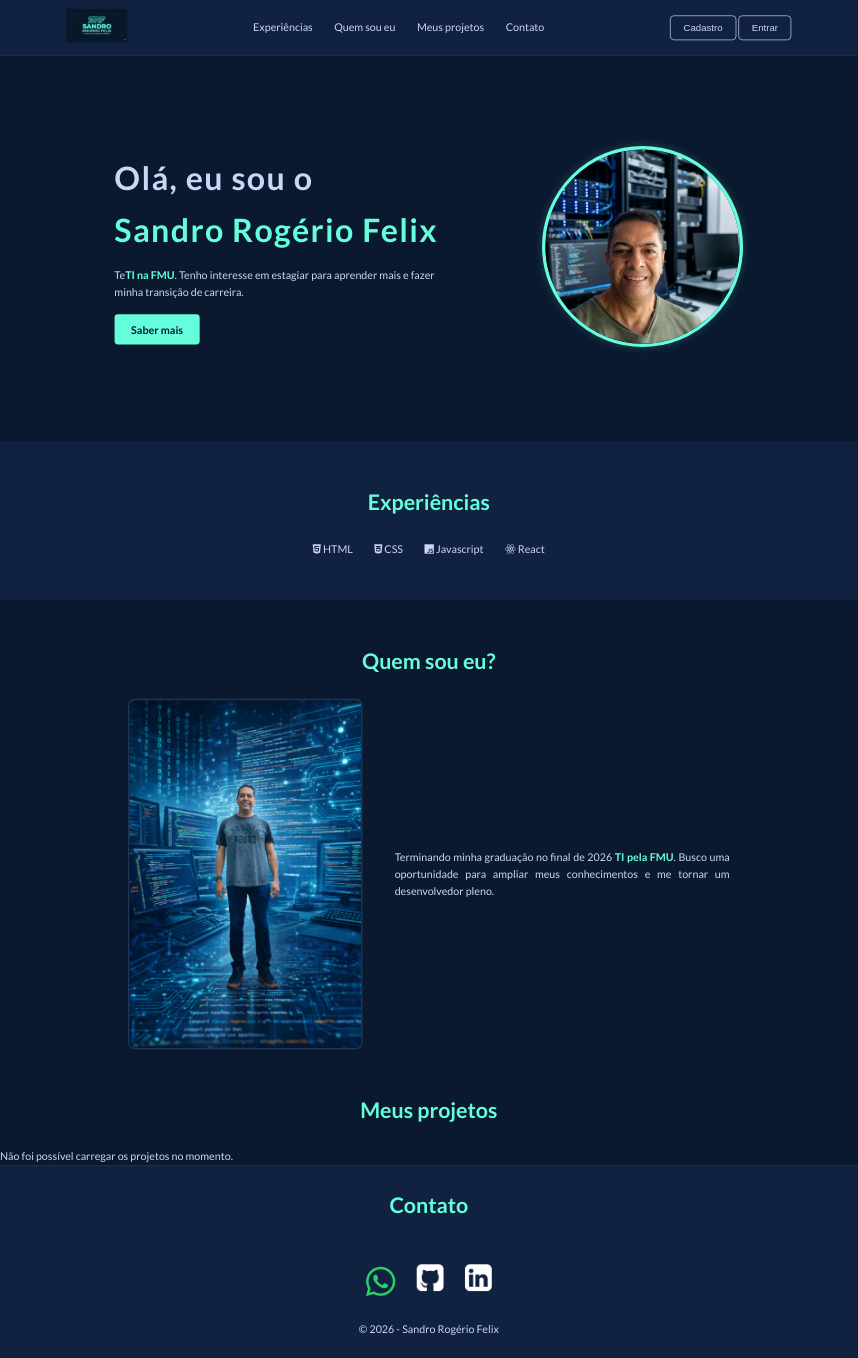
Repository: Sandro1969-tech/portifolio-Sandro
Page: index.html
An editor plug-in stored every save of this project. The page is shown before and after the next save, followed by the edit.
The browser window is 1280 px wide. The pictures show the whole page, at 67% of full size.
The page's requests for data from a server got no answer.

Above is the page before, as saved 2026-07-20 18:00:23.

After the next save:
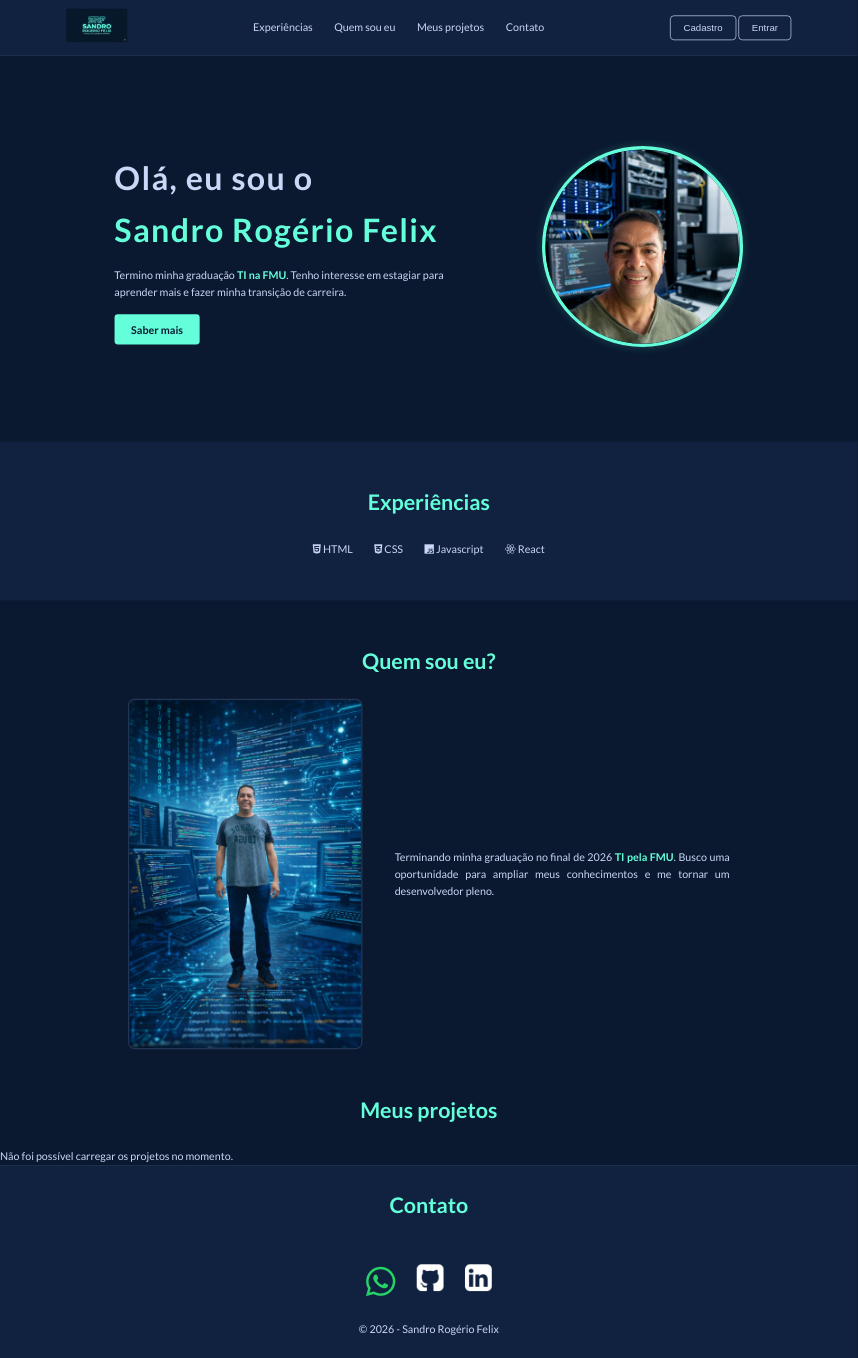
Saved 8 s later.
--- a/index.html
+++ b/index.html
@@ -29,7 +29,7 @@
             <div class="box-text-main">
                 <h1>Olá, eu sou o<br /><strong>Sandro Rogério Felix</strong></h1>
                 <p>
-                    Te<strong>TI na FMU</strong>. Tenho interesse em estagiar para
+                    Termino minha graduação <strong>TI na FMU</strong>. Tenho interesse em estagiar para
                     aprender mais e fazer minha transição de carreira.
                 </p>
                 <a href="#contact" class="link-action">Saber mais</a>
